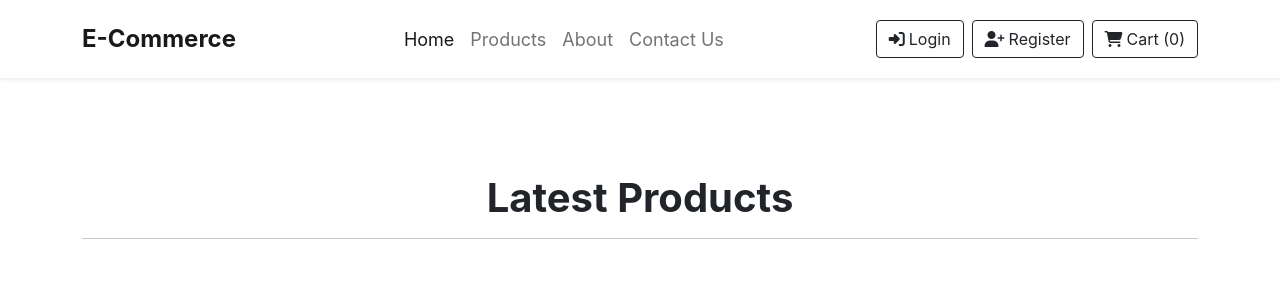
Repository: Sanjayjangra88/online_shop
Page: /products
The author's editor kept a copy of each file at every save. The page is drawn from the files as they stood at one save, then again after the next save.
The browser window is 1280 px wide. The pictures show the whole page.
The page's requests for data from a server got no answer. Some web libraries are served in a nearby version. The project was rebuilt for these pictures with package versions that can differ from the ones it lists, and the page was loaded fresh each time. No one was signed in, and anything a server would have sent is missing. Also part of the build but not shown: src/components2/Home.jsx, src/components2/Product.jsx.

Above is the page before, as saved 2022-03-30 15:15:37.

After the next save:
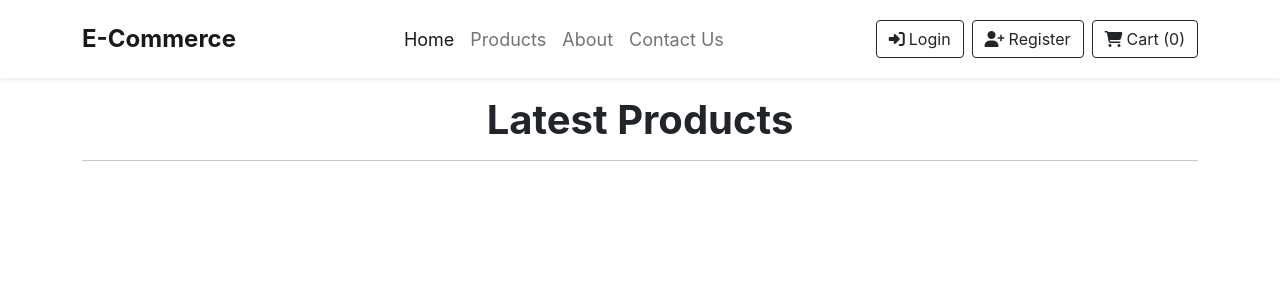
Saved 86 s later.
--- a/src/components2/Navbar.jsx
+++ b/src/components2/Navbar.jsx
@@ -6,7 +6,7 @@
 
     return (
         <div>
-            <nav className="navbar navbar-expand-lg navbar-light  py-3 shadow-sm  position:fixed">
+            <nav className="navbar fixed-top navbar-expand-lg navbar-light  py-3 shadow-sm  ">
                 <div className="container">
                     <Link className="navbar-brand fw-bold fs-4" to="/">E-Commerce</Link>
                     <button className="navbar-toggler" type="button" data-bs-toggle="collapse" data-bs-target="#navbarSupportedContent" aria-controls="navbarSupportedContent" aria-expanded="false" aria-label="Toggle navigation">
